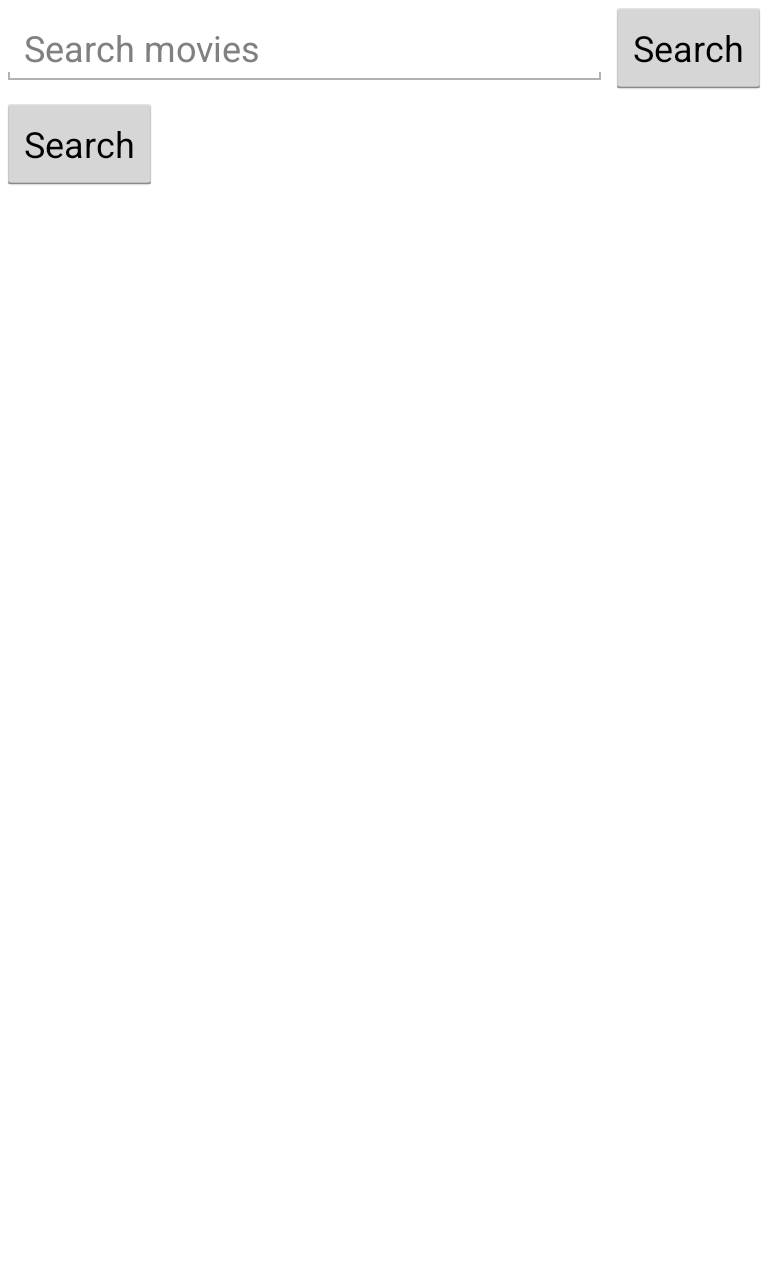
Repository: Tupling/Android-MovieDB
Layout: Java2_Android_App/MovieDB/res/layout/linear_layout.xml
An editor plug-in stored every save of this project. The layout is shown before and after the next save, followed by the edit.
It is drawn on a 768 x 1280 px phone screen (xhdpi) without system bars, with theme AppTheme; the app's code is not run. Lists and similar views that code fills are empty.

Above is the layout before, as saved 2013-12-06 01:46:29.

### Java2_Android_App/MovieDB/res/layout/linear_layout.xml
<?xml version="1.0" encoding="utf-8"?>
<LinearLayout xmlns:android="http://schemas.android.com/apk/res/android"
    android:layout_width="match_parent"
    android:layout_height="match_parent"
    android:orientation="vertical" >

    <LinearLayout
        android:layout_width="match_parent"
        android:layout_height="wrap_content"
        android:orientation="horizontal">

        <EditText
            android:id="@+id/search_input"
            android:layout_width="0dip"
            android:layout_weight="1"
            android:layout_height="wrap_content"
            android:hint="@string/search_movies"/>

        <Button
            android:id="@+id/search_button"
            android:layout_width="wrap_content"
            android:layout_height="wrap_content"
            android:text="@string/search_btn_text"/>


    </LinearLayout>
            <Button
            android:id="@+id/filter_button"
            android:layout_width="wrap_content"
            android:layout_height="wrap_content"
            android:text="@string/search_btn_text"/>
        <ListView
       android:id="@+id/movie_list"
        android:layout_width="wrap_content"
        android:layout_height="wrap_content" >

    </ListView>
</LinearLayout>

### Java2_Android_App/MovieDB/res/values/strings.xml
<?xml version="1.0" encoding="utf-8"?>
<resources>

    <string name="app_name">MovieDB</string>
    <string name="action_settings">Settings</string>
    <string name="hello_world">Hello world!</string>
    <string name="search_movies">Search movies</string>
    <string name="search_btn_text">Search</string>
    <string name="filter_btn_text">Filter</string>

</resources>

Loaded but not shown: Java2_Android_App/MovieDB/res/values/styles.xml (common file); Java2_Android_App/MovieDB/res/values-v11/styles.xml (common file); Java2_Android_App/MovieDB/res/values-v14/styles.xml (common file)

After the next save:
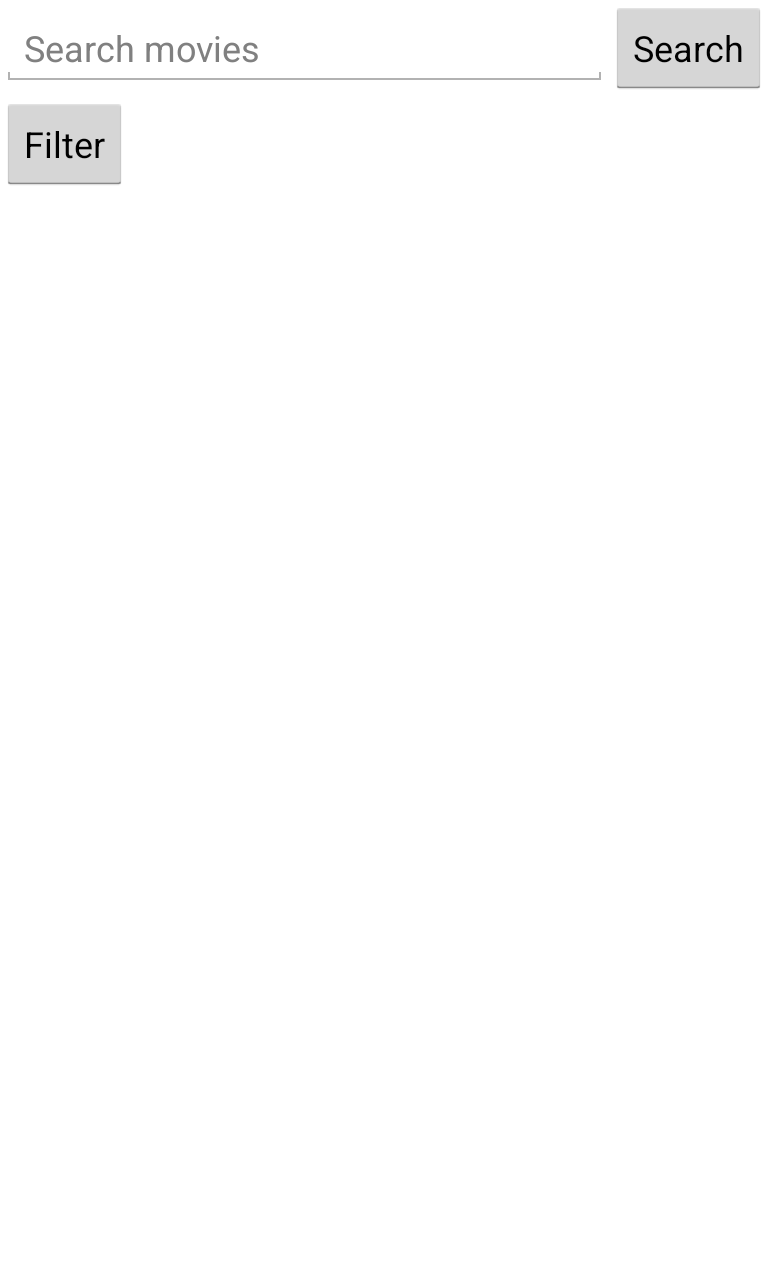
Saved 9 s later.
--- a/Java2_Android_App/MovieDB/res/layout/linear_layout.xml
+++ b/Java2_Android_App/MovieDB/res/layout/linear_layout.xml
@@ -28,7 +28,7 @@
             android:id="@+id/filter_button"
             android:layout_width="wrap_content"
             android:layout_height="wrap_content"
-            android:text="@string/search_btn_text"/>
+            android:text="@string/filter_btn_text"/>
         <ListView
        android:id="@+id/movie_list"
         android:layout_width="wrap_content"
